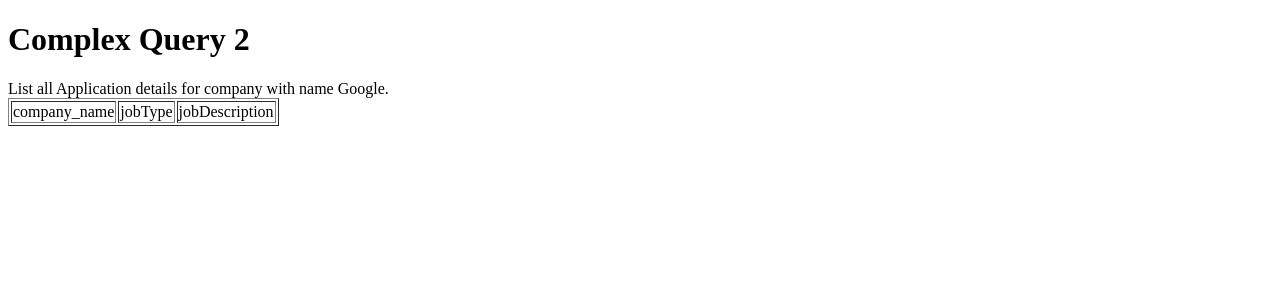
Repository: tanmaysarin/csjobdatabase
Page: http://localhost/CS480Demo/jsps/Queries/CQuery5.jsp
An editor plug-in stored every save of this project. The page is shown before and after the next save, followed by the edit.
The browser window is 1280 px wide. The pictures show the whole page.
The page is served by Tomcat 9. Queries for data that is not in the repository find no rows.

Above is the page before, as saved 2020-08-02 02:09:54.

After the next save:
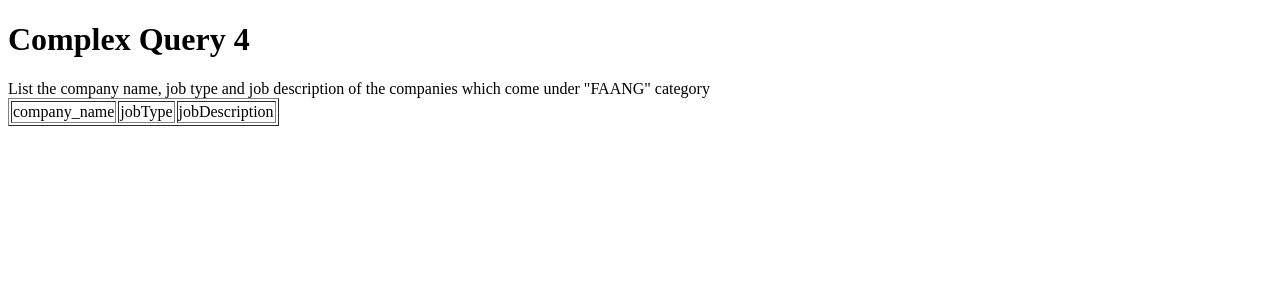
Saved 2 min 7 s later.
--- a/CS480Demo/WebContent/jsps/Queries/CQuery5.jsp
+++ b/CS480Demo/WebContent/jsps/Queries/CQuery5.jsp
@@ -30,12 +30,12 @@
 <head>
 	<meta http-equiv="Content-Type" content="text/html; charset=UTF-8">
 
-	<title>Complex Query 2</title>
+	<title>Complex Query 4</title>
 </head>
 <body>
-	<h1>Complex Query 2</h1>
+	<h1>Complex Query 4</h1>
 
-	List all Application details for company with name Google.
+	List the company name, job type and job description of the companies which come under "FAANG" category
 
 
 <table border="1">

After the save that followed:
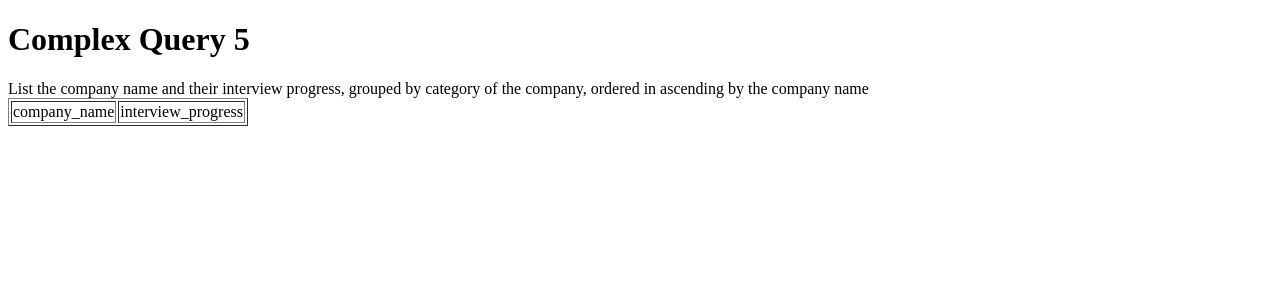
Saved 9 min 35 s later.
--- a/CS480Demo/WebContent/jsps/Queries/CQuery5.jsp
+++ b/CS480Demo/WebContent/jsps/Queries/CQuery5.jsp
@@ -30,20 +30,19 @@
 <head>
 	<meta http-equiv="Content-Type" content="text/html; charset=UTF-8">
 
-	<title>Complex Query 4</title>
+	<title>Complex Query 5</title>
 </head>
 <body>
-	<h1>Complex Query 4</h1>
+	<h1>Complex Query 5</h1>
 
-	List the company name, job type and job description of the companies which come under "FAANG" category
+	List the company name and their interview progress, grouped by category of the company, ordered in ascending by the company name
 
 
 <table border="1">
 <tr>
 
 <td>company_name</td>
-<td>jobType</td>
-<td>jobDescription</td>
+<td>interview_progress</td>
 
 </tr>
 
@@ -51,18 +50,20 @@
 try{
 connection = DriverManager.getConnection(connectionUrl, userid, password);
 statement=connection.createStatement();
-String sql ="select company_name, company_jobtype, jobDescription " +
+String sql ="select company_name, interview_progress " +
 			"from companies " +
 			"inner join applications " +
 			"on companies.company_id = applications.company_id " +
-			"and company_category = 'FAANG';";
+			"inner join results " +
+			"on results.application_id = applications.id " +
+			"group by company_category " +
+			"order by company_name asc;";
 resultSet = statement.executeQuery(sql);
 while(resultSet.next()){
 %>
 <tr>
 <td><%=resultSet.getString("company_name") %></td>
-<td><%=resultSet.getString("company_jobtype") %></td>
-<td><%=resultSet.getString("jobDescription") %></td>
+<td><%=resultSet.getString("interview_progress") %></td>
 </tr>
 <%
 }
